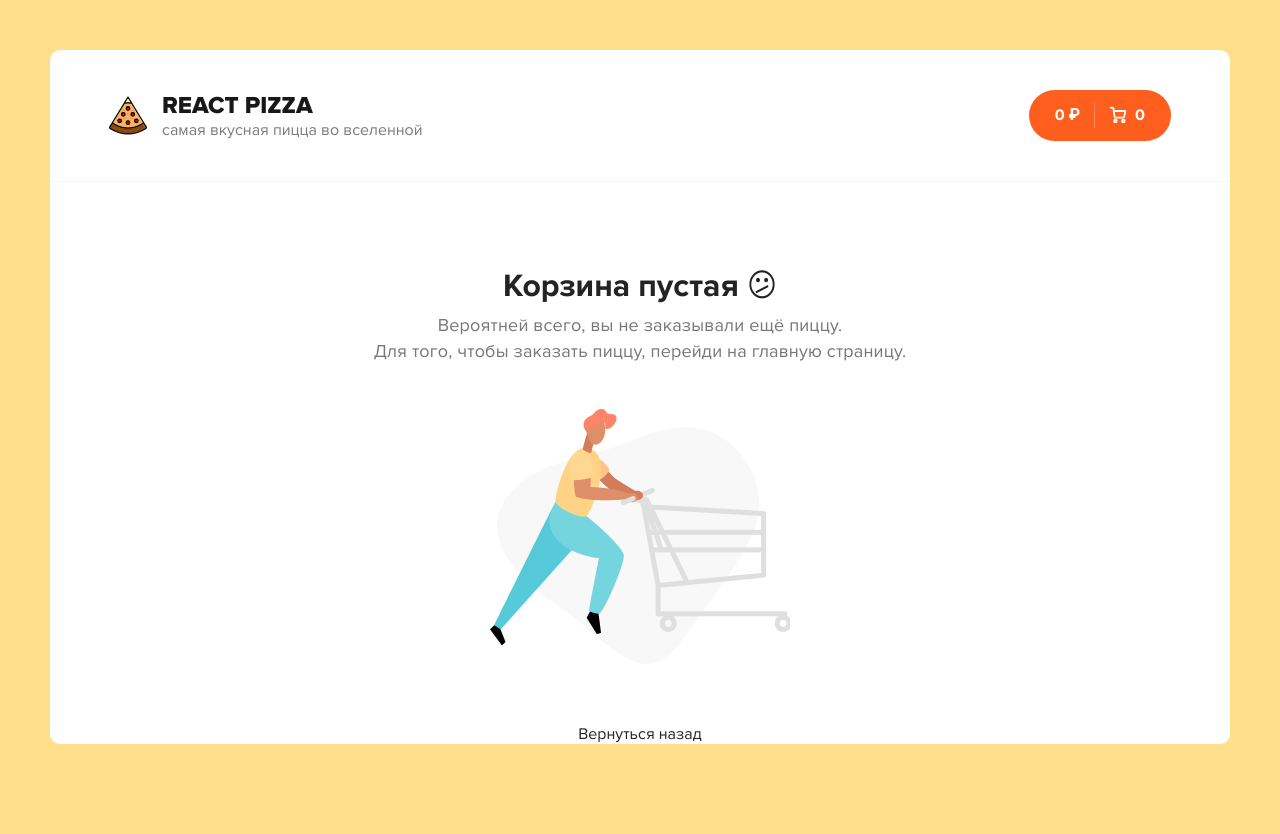
Repository: Danyil-man/online-pizzeria
Page: /cart
The author's editor kept a copy of each file at every save. The page is drawn from the files as they stood at one save, then again after the next save.
The browser window is 1280 px wide. The pictures show the whole page.
The project was rebuilt for these pictures with package versions that can differ from the ones it lists, and the page was loaded fresh each time. Also part of the build but not shown: src/pages/cart/cartItem/CartItem.tsx, src/components/categories/Categories.tsx, src/components/pizzaItem/index.tsx, src/components/pizzaItem/PizzaLoader.tsx, src/components/sortPopUp/Sort.tsx, src/pages/home/Home.tsx.

Above is the page before, as saved 2022-02-11 13:10:14.

### public/index.html
<!DOCTYPE html>
<html lang="en">

<head>
  <meta charset="utf-8" />
  <link rel="icon" href="%PUBLIC_URL%/favicon.ico" />
  <meta name="viewport" content="width=device-width, initial-scale=1" />
  <meta name="theme-color" content="#000000" />
  <meta name="description" content="Web site created using create-react-app" />
  <link rel="apple-touch-icon" href="%PUBLIC_URL%/logo192.png" />
  <!--
      manifest.json provides metadata used when your web app is installed on a
      user's mobile device or desktop. See https://developers.google.com/web/fundamentals/web-app-manifest/
    -->
  <link rel="manifest" href="%PUBLIC_URL%/manifest.json" />
  <!--
      Notice the use of %PUBLIC_URL% in the tags above.
      It will be replaced with the URL of the `public` folder during the build.
      Only files inside the `public` folder can be referenced from the HTML.

      Unlike "/favicon.ico" or "favicon.ico", "%PUBLIC_URL%/favicon.ico" will
      work correctly both with client-side routing and a non-root public URL.
      Learn how to configure a non-root public URL by running `npm run build`.
    -->
  <title>React Pizza</title>
</head>

<body>
  <noscript>You need to enable JavaScript to run this app.</noscript>
  <div id="root"></div>
  <!--
      This HTML file is a template.
      If you open it directly in the browser, you will see an empty page.

      You can add webfonts, meta tags, or analytics to this file.
      The build step will place the bundled scripts into the <body> tag.

      To begin the development, run `npm start` or `yarn start`.
      To create a production bundle, use `npm run build` or `yarn build`.
    -->
</body>

</html>

### src/index.tsx
import React from 'react';
import ReactDOM from 'react-dom';
import { Provider } from 'react-redux';
import App from './App';
import reportWebVitals from './reportWebVitals';
import './scss/app.scss'
import store from './store/reduxStore';

ReactDOM.render(
  <React.StrictMode>
    <Provider store={store}>
      <App />
    </Provider>
  </React.StrictMode>,
  document.getElementById('root')
);

reportWebVitals();

### src/App.tsx
import React from 'react';
import Routing from './routing';


const App = () => {
  return (
    <div className="wrapper">
      <div className="content">
        <Routing />
      </div>
    </div>
  );
}

export default App;

### src/store/reduxStore.ts
import { applyMiddleware, combineReducers, createStore } from "redux";
import filterReducer from "./reducers/filter";
import pizzasReducer from "./reducers/pizzas";
import thunkMiddleware from "redux-thunk";
import cartReducer from "./reducers/cart";

const reducerPack = combineReducers({
    filter: filterReducer,
    pizzas: pizzasReducer,
    cart: cartReducer
})

type reducerPackType = typeof reducerPack

export type AppStateType = ReturnType<reducerPackType>
export type InfernActionType<T> = T extends { [key: string]: (...args: any[]) => infer U } ? U : never


const store = createStore(reducerPack, applyMiddleware(thunkMiddleware))


export default store

### src/routing/index.tsx
import React from "react";
import { BrowserRouter, Route, Switch } from 'react-router-dom'
import Header from "../components/header/Header";
import Cart from "../pages/cart/Cart";
import Home from "../pages/home/Home";

const Routing = () => {
    return (
        <BrowserRouter >
            <Header />
            <Switch>
                <Route exact path='/' component={Home} />
                <Route exact path='/cart' component={Cart} />
            </Switch>
        </BrowserRouter>
    )
}

export default Routing

### src/scss/_fonts.scss
@font-face {
  font-family: "Proxima Nova";
  src: url("./fonts/ProximaNova-Black.eot");
  src: local("./fonts/Proxima Nova Black"), local("ProximaNova-Black"),
    url("./fonts/ProximaNova-Black.eot?#iefix") format("embedded-opentype"),
    url("./fonts/ProximaNova-Black.woff") format("woff"),
    url("./fonts/ProximaNova-Black.ttf") format("truetype");
  font-weight: 900;
  font-style: normal;
}

@font-face {
  font-family: "Proxima Nova";
  src: url("./fonts/ProximaNova-Bold.eot");
  src: local("./fonts/Proxima Nova Bold"), local("ProximaNova-Bold"),
    url("./fonts/ProximaNova-Bold.eot?#iefix") format("embedded-opentype"),
    url("./fonts/ProximaNova-Bold.woff") format("woff"),
    url("./fonts/ProximaNova-Bold.ttf") format("truetype");
  font-weight: bold;
  font-style: normal;
}

@font-face {
  font-family: "Proxima Nova";
  src: url("./fonts/ProximaNova-Regular.eot");
  src: local("./fonts/Proxima Nova Regular"), local("ProximaNova-Regular"),
    url("./fonts/ProximaNova-Regular.eot?#iefix") format("embedded-opentype"),
    url("./fonts/ProximaNova-Regular.woff") format("woff"),
    url("./fonts/ProximaNova-Regular.ttf") format("truetype");
  font-weight: normal;
  font-style: normal;
}

@font-face {
  font-family: "Proxima Nova";
  src: url("./fonts/ProximaNova-Extrabld.eot");
  src: local("./fonts/Proxima Nova Extrabold"), local("ProximaNova-Extrabld"),
    url("./fonts/ProximaNova-Extrabld.eot?#iefix") format("embedded-opentype"),
    url("./fonts/ProximaNova-Extrabld.woff") format("woff"),
    url("./fonts/ProximaNova-Extrabld.ttf") format("truetype");
  font-weight: 800;
  font-style: normal;
}

### src/scss/components/_header.scss
@import "../variables";

.header {
  border-bottom: 1px solid $gray-line;
  padding: 40px 0;
  margin-bottom: 40px;

  .container {
    display: flex;
    align-items: center;
    justify-content: space-between;
  }

  &__logo {
    display: flex;

    img {
      margin-right: 15px;
    }

    h1 {
      color: #181818;
      font-size: 24px;
      letter-spacing: 1%;
      text-transform: uppercase;
      font-weight: 800;
    }

    p {
      color: #7b7b7b;
    }
  }
}

### src/scss/components/_sort.scss
@import "../variables";

.sort {
  position: relative;
  &__label {
    display: flex;
    align-items: center;

    svg {
      margin-right: 8px;
    }

    b {
      margin-right: 8px;
    }

    span {
      color: $orange;
      border-bottom: 1px dashed $orange;
      cursor: pointer;
    }
  }

  &__popup {
    position: absolute;
    right: 0;
    margin-top: 15px;
    background: #ffffff;
    box-shadow: 0px 5px 15px rgba(0, 0, 0, 0.09);
    border-radius: 10px;
    overflow: hidden;
    padding: 10px 0;
    width: 160px;

    ul {
      overflow: hidden;
      li {
        padding: 12px 20px;
        cursor: pointer;

        &.active,
        &:hover {
          background: rgba(254, 95, 30, 0.05);
        }

        &.active {
          font-weight: bold;
          color: $orange;
        }
      }
    }
  }
}

### src/scss/components/_pizza-block.scss
@import "../variables";

.pizza-block {
  width: 280px;
  text-align: center;
  margin-bottom: 65px;

  &:not(:nth-of-type(4n)) {
    margin-right: 35px;
  }

  &__image {
    width: 260px;
  }

  &__title {
    font-size: 20px;
    font-weight: 900;
    letter-spacing: 1%;
    margin-bottom: 20px;
  }

  &__selector {
    display: flex;
    background-color: #f3f3f3;
    border-radius: 10px;
    flex-direction: column;
    padding: 6px;

    ul {
      display: flex;
      flex: 1;

      &:first-of-type {
        margin-bottom: 6px;
      }

      li {
        padding: 8px;
        flex: 1;
        cursor: pointer;
        font-weight: 600;
        font-size: 14px;
        @include noselect();
        &.active {
          background: #ffffff;
          box-shadow: 0px 2px 4px rgba(0, 0, 0, 0.04);
          border-radius: 5px;
          cursor: auto;
        }
        &.disabled {
          opacity: 0.4;
          pointer-events: none;
        }
      }
    }
  }

  &__bottom {
    display: flex;
    align-items: center;
    justify-content: space-between;
    margin-top: 20px;
  }

  &__price {
    font-weight: bold;
    font-size: 22px;
    line-height: 27px;
    letter-spacing: 0.015em;
  }
}

### src/store/reducers/filter.ts
import React from "react"
import { ThunkAction } from "redux-thunk"
import { AppStateType, InfernActionType } from "../reduxStore"


const SET_SORT = 'SET_SORT'
const SET_CATEGORY = 'SET_CATEGORY'

type initialStateType = {
    category: null | number
    sortBy: string
}

const initialState:initialStateType = {
    category: null,
    sortBy: 'popular'
}

//                                              REDUCER
const filterReducer = (state=initialState, action:ActionCreatorsType):initialStateType => {
    switch(action.type){
        case SET_SORT:
            return{
                ...state,
                sortBy: action.name
            }
        case SET_CATEGORY:
            return{
                ...state,
                category: action.index
            }

        default:
            return state
    }
}


//                                            ACTION CREATOR
export const actions = {
    setSort: (name:string) => ({
        type: SET_SORT,
        name
    } as const),
    setCategory: (index:number) => ({
        type: SET_CATEGORY,
        index
    } as const)
}

type ActionCreatorsType = InfernActionType<typeof actions>


//                                      THUNK

export const setItemCategory = (index:number):ThunkType => async (dispatch) => {
    dispatch(actions.setCategory(index))
}

export const setSortBy = (type:string):ThunkType => async (dispatch) => {
    dispatch(actions.setSort(type))
}

type ThunkType = ThunkAction<Promise<void>, AppStateType, unknown, ActionCreatorsType>
export default filterReducer

### src/store/reducers/pizzas.ts
import axios from "axios"
import React from "react"
import { ThunkAction } from "redux-thunk"
import { AppStateType, InfernActionType } from "../reduxStore"

const SET_PIZZA = 'SET_PIZZA'
const SET_LOADED = 'SET_LOADED'

export type PizzaType = {
    id: number,
    imageUrl: string,
    name: string,
    types: Array<number>,
    sizes: Array<number>,
    price: number,
    category: number,
    rating: number
}

type initialStateType = {
    items: Array<PizzaType>
    isLoaded: boolean
}

const initialState:initialStateType = {
    items: [],
    isLoaded: false
}

//                                              REDUCER
const pizzasReducer = (state=initialState, action:ActionCreatorsType):initialStateType => {
    switch(action.type){
        case SET_PIZZA:
            return{
                ...state,
                items: action.items,
                isLoaded:true
            }
        case SET_LOADED:
            return{
                ...state,
                isLoaded: action.isLoaded
            }

        default:
            return state
    }
}


//                                          ACTION CREATOR
export const actions = {
    setPizzas: (items: Array<PizzaType>) => ({
        type: SET_PIZZA,
        items
    } as const),
    setLoaded: (isLoaded: boolean) => ({
        type:SET_LOADED,
        isLoaded
    } as const)
}


//                                               THUNK

export const getAllPizzas = (sortBy:string, category:null | number):ThunkType => async (dispatch) => {
    dispatch(actions.setLoaded(false))
    const {data} = await axios.get(`/pizzas?${category !== null ? `category=${category}`: ''}&_sort=${sortBy}&_order=desc`)
    dispatch(actions.setPizzas(data))

}

type ThunkType = ThunkAction<Promise<void>, AppStateType, unknown, ActionCreatorsType>
type ActionCreatorsType = InfernActionType<typeof actions>

export default pizzasReducer

### src/components/header/Header.tsx
import React from "react";
import { Link } from "react-router-dom";
import logo from '../../assets/img/pizza-logo.svg'
import Button from "../button/Button";

const Header = () => {
    return (
        <div className="header">
            <div className="container">
                <Link to='/'>
                    <div className="header__logo">
                        <img width="38" src={logo} alt="Pizza logo" />
                        <div>
                            <h1>React Pizza</h1>
                            <p>самая вкусная пицца во вселенной</p>
                        </div>
                    </div>
                </Link>

                <Link to='/cart'>
                    <div className="header__cart">
                        <Button />
                    </div>
                </Link>

            </div>
        </div>
    )
}

export default Header

### src/pages/cart/Cart.tsx
import React from "react";
import { useDispatch, useSelector } from "react-redux";
import { onClearCart } from "../../store/reducers/cart";
import { AppStateType } from "../../store/reduxStore";
import CartItem from "./cartItem/CartItem";
import emptyCartImg from '../../assets/img/empty-cart.png'

const Cart = () => {
    const dispatch = useDispatch()

    const { totalCount, totalPrice, items } =
        useSelector((state: AppStateType) => state.cart)
    const cartPizzas = Object.keys(items).map(key => {
        //@ts-ignore
        return items[key].items[0]
    })

    const clearCart = () => {
        if (window.confirm('Are you sure you want to clear your cart?'))
            dispatch(onClearCart())
    }
    return (
        <div className="container container--cart">
            {totalCount ? <div className="cart">
                <div className="cart__top">
                    <h2 className="content__title">
                        <svg
                            width="18"
                            height="18"
                            viewBox="0 0 18 18"
                            fill="none"
                            xmlns="http://www.w3.org/2000/svg">
                            <path
                                d="M6.33333 16.3333C7.06971 16.3333 7.66667 15.7364 7.66667 15C7.66667 14.2636 7.06971 13.6667 6.33333 13.6667C5.59695 13.6667 5 14.2636 5 15C5 15.7364 5.59695 16.3333 6.33333 16.3333Z"
                                stroke="white"
                                strokeWidth="1.8"
                                strokeLinecap="round"
                                strokeLinejoin="round"
                            />
                            <path
                                d="M14.3333 16.3333C15.0697 16.3333 15.6667 15.7364 15.6667 15C15.6667 14.2636 15.0697 13.6667 14.3333 13.6667C13.597 13.6667 13 14.2636 13 15C13 15.7364 13.597 16.3333 14.3333 16.3333Z"
                                stroke="white"
                                strokeWidth="1.8"
                                strokeLinecap="round"
                                strokeLinejoin="round"
                            />
                            <path
                                d="M4.78002 4.99999H16.3334L15.2134 10.5933C15.1524 10.9003 14.9854 11.176 14.7417 11.3722C14.4979 11.5684 14.1929 11.6727 13.88 11.6667H6.83335C6.50781 11.6694 6.1925 11.553 5.94689 11.3393C5.70128 11.1256 5.54233 10.8295 5.50002 10.5067L4.48669 2.82666C4.44466 2.50615 4.28764 2.21182 4.04482 1.99844C3.80201 1.78505 3.48994 1.66715 3.16669 1.66666H1.66669"
                                stroke="white"
                                strokeWidth="1.8"
                                strokeLinecap="round"
                                strokeLinejoin="round"
                            />
                        </svg>
                        Корзина
                    </h2>
                    <div className="cart__clear">
                        <svg
                            width="20"
                            height="20"
                            viewBox="0 0 20 20"
                            fill="none"
                            xmlns="http://www.w3.org/2000/svg">
                            <path
                                d="M2.5 5H4.16667H17.5"
                                stroke="#B6B6B6"
                                strokeWidth="1.2"
                                strokeLinecap="round"
                                strokeLinejoin="round"
                            />
                            <path
                                d="M6.66663 5.00001V3.33334C6.66663 2.89131 6.84222 2.46739 7.15478 2.15483C7.46734 1.84227 7.89127 1.66667 8.33329 1.66667H11.6666C12.1087 1.66667 12.5326 1.84227 12.8451 2.15483C13.1577 2.46739 13.3333 2.89131 13.3333 3.33334V5.00001M15.8333 5.00001V16.6667C15.8333 17.1087 15.6577 17.5326 15.3451 17.8452C15.0326 18.1577 14.6087 18.3333 14.1666 18.3333H5.83329C5.39127 18.3333 4.96734 18.1577 4.65478 17.8452C4.34222 17.5326 4.16663 17.1087 4.16663 16.6667V5.00001H15.8333Z"
                                stroke="#B6B6B6"
                                strokeWidth="1.2"
                                strokeLinecap="round"
                                strokeLinejoin="round"
                            />
                            <path
                                d="M8.33337 9.16667V14.1667"
                                stroke="#B6B6B6"
                                strokeWidth="1.2"
                                strokeLinecap="round"
                                strokeLinejoin="round"
                            />
                            <path
                                d="M11.6666 9.16667V14.1667"
                                stroke="#B6B6B6"
                                strokeWidth="1.2"
                                strokeLinecap="round"
                                strokeLinejoin="round"
                            />
                        </svg>

                        <span onClick={clearCart}>Очистить корзину</span>
                    </div>
                </div>

                <div className="content__items">
                    {cartPizzas.map(pizza => <CartItem
                        pizza={pizza}
                        //@ts-ignore
                        totalPizzaTypePrice={items[pizza.id].totalCartPrice}
                        //@ts-ignore
                        totalPizzaTypeCount={items[pizza.id].items.length}
                    />)}
                </div>
                <div className="cart__bottom">
                    <div className="cart__bottom-details">
                        <span>
                            <b> Всего пицц: {totalCount} шт.</b>
                        </span>
                        <span>
                            <b> Сумма заказа: {totalPrice}  ₽</b>
                        </span>
                    </div>
                    <div className="cart__bottom-buttons">
                        <a href="/" className="button button--outline button--add go-back-btn">
                            <svg
                                width="8"
                                height="14"
                                viewBox="0 0 8 14"
                                fill="none"
                                xmlns="http://www.w3.org/2000/svg">
                                <path
                                    d="M7 13L1 6.93015L6.86175 1"
                                    stroke="#D3D3D3"
                                    strokeWidth="1.5"
                                    strokeLinecap="round"
                                    strokeLinejoin="round"
                                />
                            </svg>

                            <span>Вернуться назад</span>

                        </a>

                        <span>Оплатить сейчас</span>

                    </div>
                </div>
            </div> : <div className="cart cart--empty">
                <h2>
                    Корзина пустая <i>😕</i>
                </h2>
                <p>
                    Вероятней всего, вы не заказывали ещё пиццу.
                    <br />
                    Для того, чтобы заказать пиццу, перейди на главную страницу.
                </p>
                <img src={emptyCartImg} alt="Empty cart" />

                <span>Вернуться назад</span>

            </div>}




        </div>
    )
}
export default Cart

Loaded but not shown: src/reportWebVitals.ts (common file); src/scss/_variables.scss (common file); src/scss/libs/_normalize.scss (common file); src/scss/components/_all.scss (common file); src/scss/components/_categories.scss (common file); src/scss/app.scss (310 lines, source omitted); src/store/reducers/cart.ts (108 lines, source omitted); src/scss/components/_button.scss (149 lines, source omitted); src/components/button/Button.tsx (48 lines, source omitted)

After the next save:
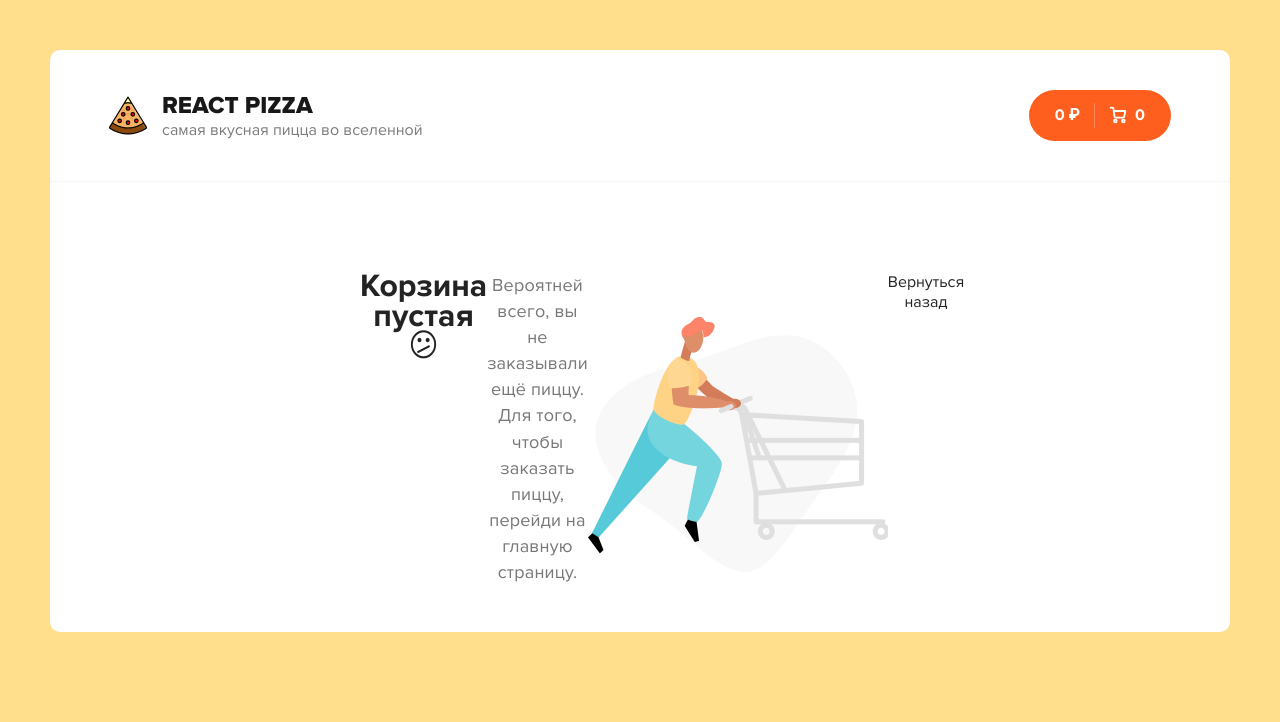
Saved 2 min 20 s later.
--- a/src/pages/cart/Cart.tsx
+++ b/src/pages/cart/Cart.tsx
@@ -138,7 +138,7 @@
 
                     </div>
                 </div>
-            </div> : <div className="cart cart--empty">
+            </div> : <div className="cart cart--empty cart__bottom-buttons">
                 <h2>
                     Корзина пустая <i>😕</i>
                 </h2>
@@ -152,10 +152,6 @@
                 <span>Вернуться назад</span>
 
             </div>}
-
-
-
-
         </div>
     )
 }

After the save that followed:
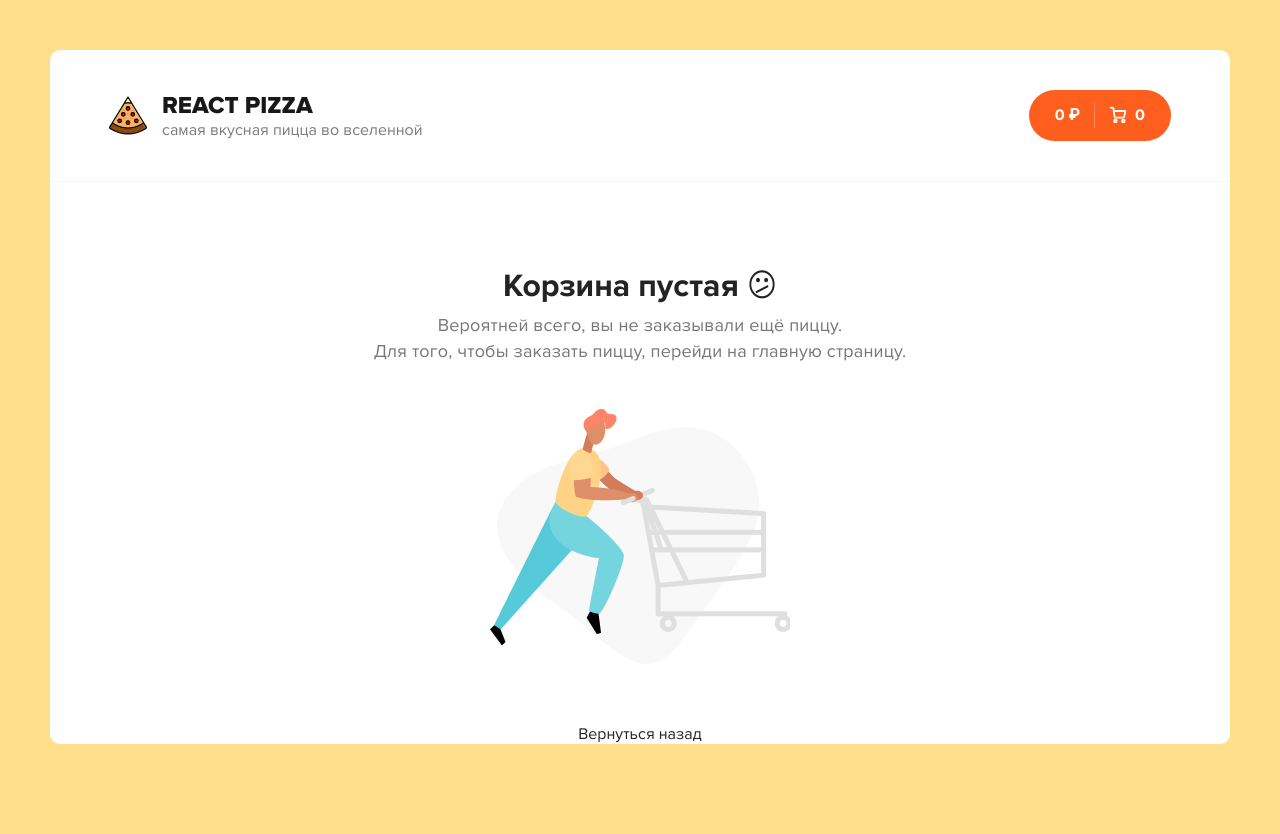
Saved 4 s later.
--- a/src/pages/cart/Cart.tsx
+++ b/src/pages/cart/Cart.tsx
@@ -138,7 +138,7 @@
 
                     </div>
                 </div>
-            </div> : <div className="cart cart--empty cart__bottom-buttons">
+            </div> : <div className="cart cart--empty ">
                 <h2>
                     Корзина пустая <i>😕</i>
                 </h2>
